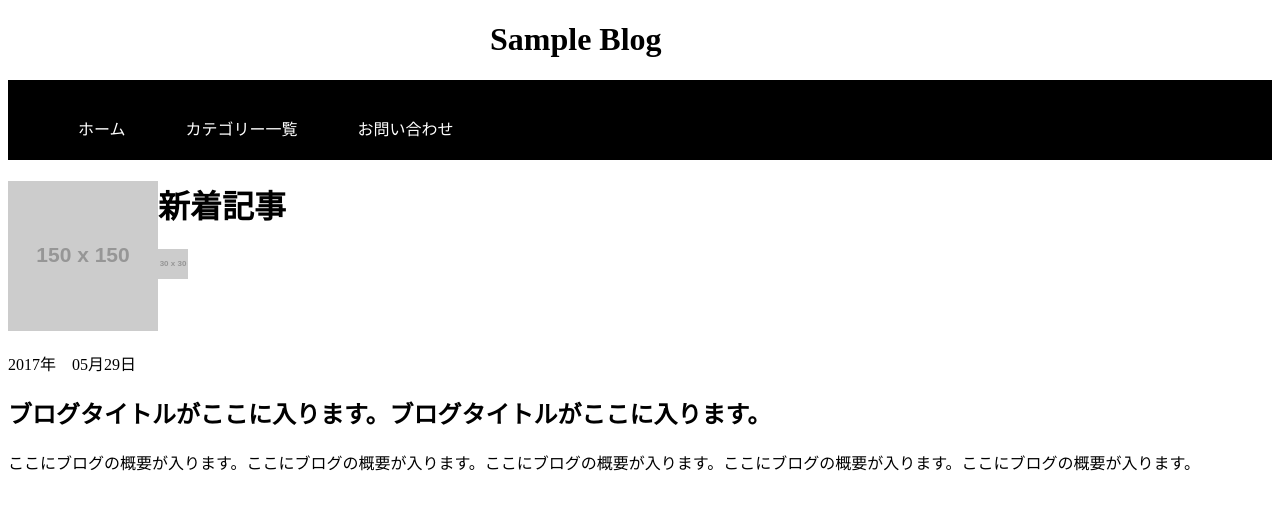
Repository: taka292/code3
Page: html/batty_coffee_stand/index.html
The author's editor kept a record of every edit. The page is drawn from the files as they stood at one moment, then again after the next edit.
The browser window is 1280 px wide. The pictures show the whole page.

Above is the page before.
Not found: html/batty_coffee_stand/css/normalize.css

### html/batty_coffee_stand/index.html
<!DOCTYPE HTML>
<html>
    <head>
        <meta charset="UTF-8">
         <title>Sample Blog</title>
        <link rel="stylesheet" href="css/normalize.css"/>
        <link rel="stylesheet" href="css/style.css"/>
    </head>
    <body>
   <header>
     <div class="title">
         <h1>Sample Blog</h1>
     </div>
     <div class="info">
         <ul>
             <li>ホーム</li>
             <li>カテゴリー一覧</li>
             <li>お問い合わせ</li>
         </ul>
     </div>
   </header>

   <main>
       <div class="left-contents">
           <div class="contents">
               <div class ="img-contents">
                   <img  src="https://placehold.jp/150x150.png">
               </div>
           </div>
           <div class="contents">
               <div class="data-contents">

                   <p>2017年　05月29日</p>
                </div>
               <h2>ブログタイトルがここに入ります。ブログタイトルがここに入ります。</h2>
               <div class="blog">
                   <p>ここにブログの概要が入ります。ここにブログの概要が入ります。ここにブログの概要が入ります。ここにブログの概要が入ります。ここにブログの概要が入ります。</p>
               </div>
            </div>
       </div>
       <div class = "right-contents">
           <div class = "article">
               <h1>新着記事</h1>
               <div ="right-L contents">
                   <img src = "https://placehold.jp/30x30.png">
                 </div>
               <div = "right-R contents"></div>
           </div>
       </div>
   </main>
   <footer>

   </footer>
    </body>
</html>

### html/batty_coffee_stand/css/style.css
.title {
  margin-left:auto;
  margin-right:auto;
  width:300px;
}
.info li{
  list-style-type:none;
  float:left;
  padding:0 30px;
  text-align:center;
}
.info {
  background-color:black;
  color:white;
  padding:20px 0;
}

.info:after{
  clear:both;
  display:block;
  content:" ";
}
.contents {
  float:left;
}

After the next edit:
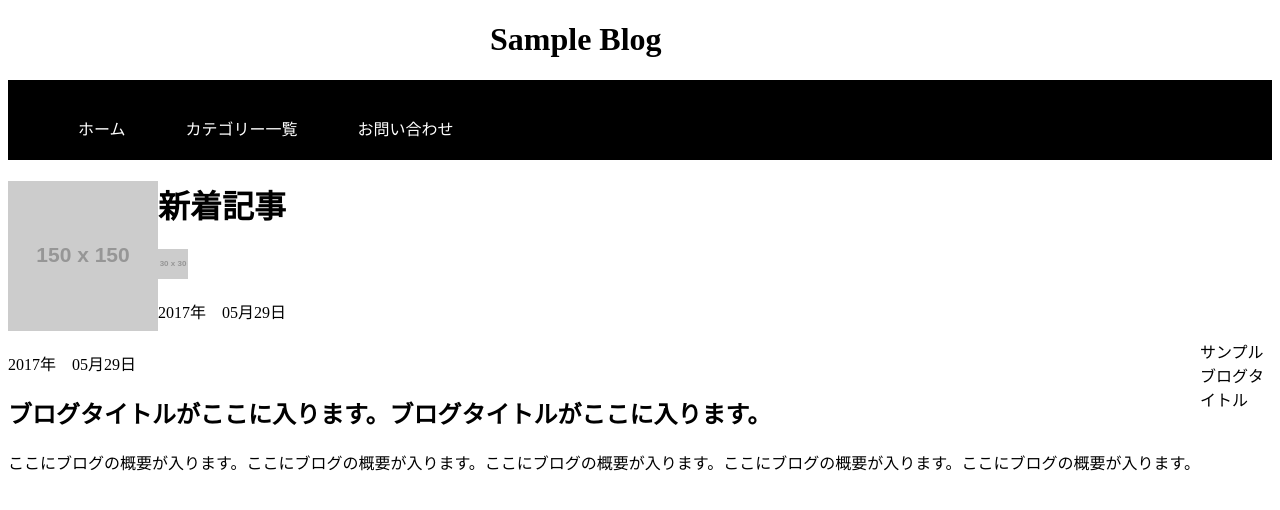
The edit:
--- a/html/batty_coffee_stand/index.html
+++ b/html/batty_coffee_stand/index.html
@@ -44,7 +44,10 @@
                <div ="right-L contents">
                    <img src = "https://placehold.jp/30x30.png">
                  </div>
-               <div = "right-R contents"></div>
+               <div = "right-R contents">
+                   <p>2017年　05月29日</p>
+                   <p>サンプルブログタイトル</p>
+               </div>
            </div>
        </div>
    </main>
